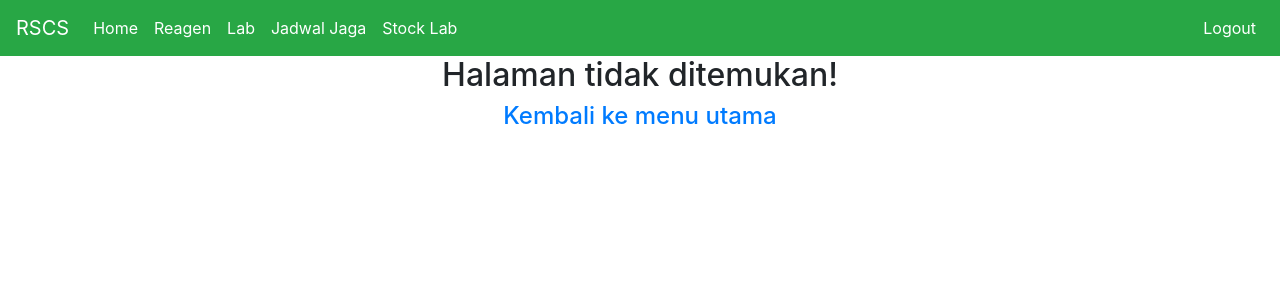
Repository: usamah1707/Tugas-Akhir-Kelompok-6
Page: http://localhost/error/404
An editor plug-in stored every save of this project. The page is shown before and after the next save, followed by the edit.
The browser window is 1280 px wide. The pictures show the whole page.
The page is this project's Thymeleaf template; nobody is signed in. The template is opened directly, without the code that normally fills it, so the values that code supplies are empty.

Above is the page before, as saved 2019-06-04 07:10:34.

After the next save:
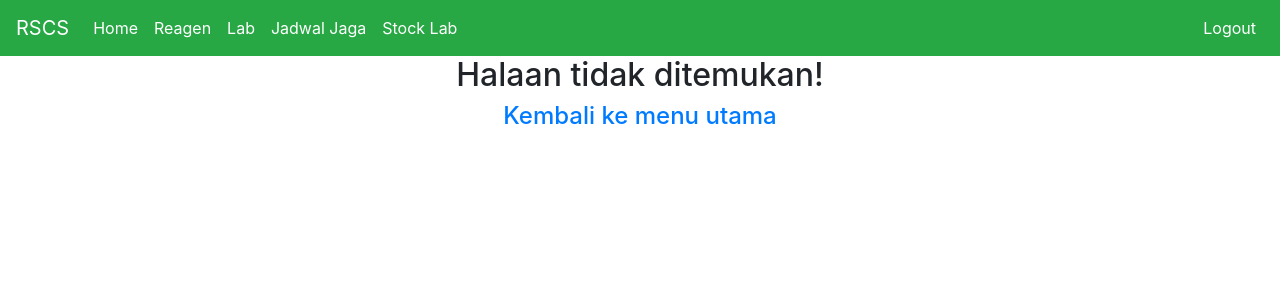
Saved 12 s later.
--- a/TA_6/src/main/resources/templates/error/404.html
+++ b/TA_6/src/main/resources/templates/error/404.html
@@ -7,7 +7,7 @@
 
 <body>
 <nav th:replace="fragments/fragment :: navbar"></nav>
-		<h2 align = "center">Halaman tidak ditemukan!</h2>
+		<h2 align = "center">Halaan tidak ditemukan!</h2>
 		<h4 align = "center"><a th:href="@{/}">Kembali ke menu utama</a></h4>
 	</body>
 </html>
